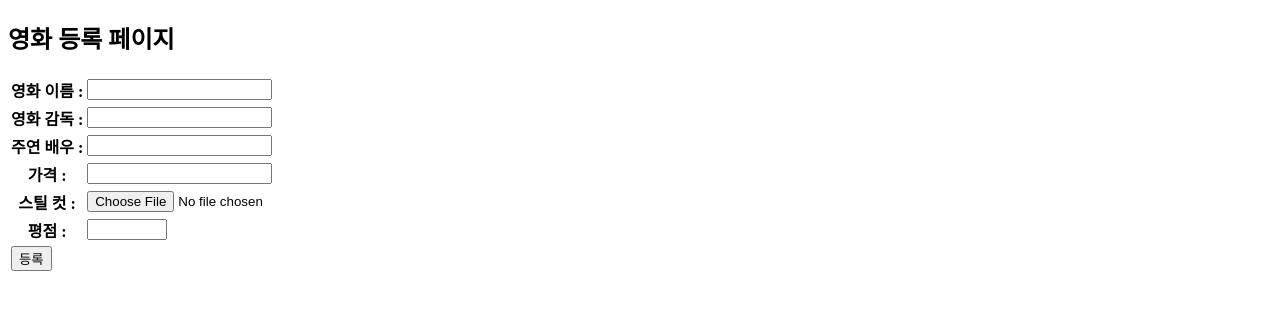
Repository: shinymusket/ideal-memory2
Page: http://localhost/homework10/MR
These files come from the project's save history. The page is drawn as it stood at one moment and after the next save; the edit follows.
The browser window is 1280 px wide. The pictures show the whole page.
The page is served by Tomcat 9.

Above is the page before, as saved 2022-06-16 09:00:05.

After the next save:
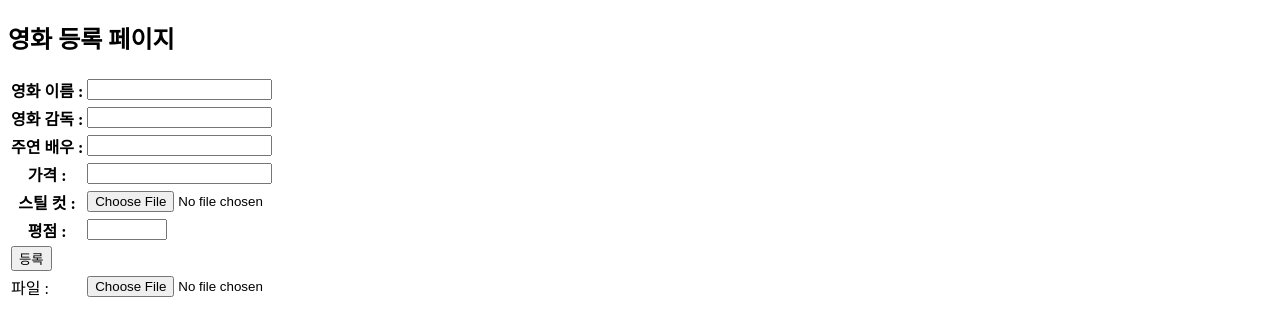
Saved 15 h 1 min later.
--- a/homework10/WebContent/movieRegister.jsp
+++ b/homework10/WebContent/movieRegister.jsp
@@ -65,7 +65,7 @@
 			</tr>
 
 		</form>
-		<!-- <form action="UploadServlet" method="post "enctype="multipart/form-data">
+		<form action="UploadServlet" method="post "enctype="multipart/form-data">
 			<tr>
 				<td>
 					<label for="file">파일 :</label>
@@ -74,7 +74,7 @@
 					<input type="file" id="file" name="">
 				</td>
 			</tr>
-		</form> -->
+		</form>
 	</table>
 </body>
 </html>
